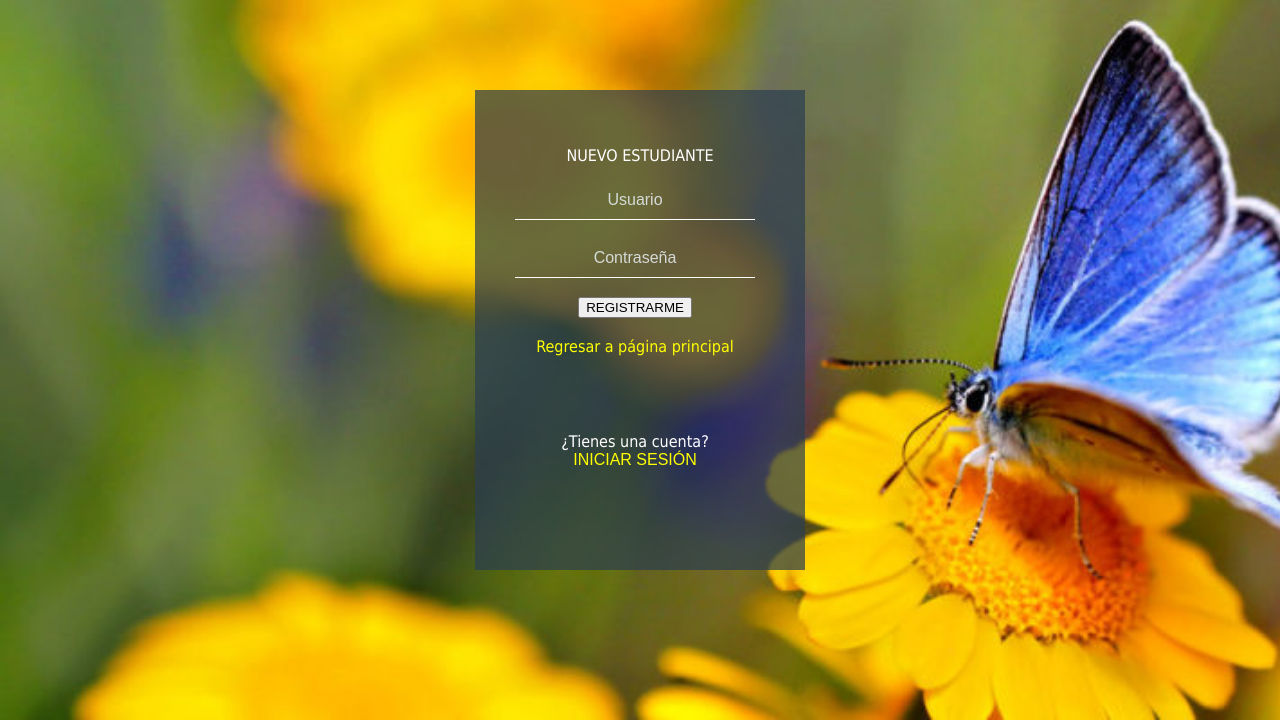
Repository: roberthcobena/Php
Page: http://localhost/registro.php
These files come from the project's save history. The page is drawn as it stood at one moment and after the next save; the edit follows.
The browser window is 1280 px wide. The pictures show the whole page.
Some web fonts or font styles are not loaded; a fallback is used. The page is run by PHP 8.4 with error messages shown; the project is at /var/www/html/.

Above is the page before, as saved 2020-06-25 10:09:06.

### Educativa/registro.php
<?php
  require_once ("controladores/conexion/db.php");
  require_once ("controladores/classes/Login.php");
  $login = new Login();
  list($true,$user_perfil) = $login->isUserLoggedIn();
  if ($true == 1 && $user_perfil == 1) {
    header("location: app/admin.php");
  } else if ($true == 1 && $user_perfil == 2) {
   header("location: app/docente.php");
  } else if ($true == 1 && $user_perfil == 3) {
   header("location: app/aula/estudiante.php");
  } else{
?>
<html>
<head>
<meta http-equiv="Content-Type" content="text/html; charset=utf-8" />
<title>INGRESAR</title>
<link href="recursos/login/css/logn.css" rel="stylesheet" type="text/css" />
<link href="https://fonts.googleapis.com/css?family=Play" rel="stylesheet">
<link rel="icon" href="recursos/template/images/favicon.ico" type="image/x-icon">
</head>

<body>
   <div class="signin">
   <center>
      <p class="login-box-msg">NUEVO ESTUDIANTE</p>
   </center>
   <form method="post" accept-charset="utf-8" name="registro" autocomplete="off" role="form" >

      <input type="text" class="form-control" placeholder="Usuario" name="user_name" required></br></br>
      <input type="password" class="form-control" placeholder="Contraseña" name="user_password" required></br></br>
      <button type="submit" class="btn btn-primary btn-block" name="login" id="submit">REGISTRARME</button></br></br>
      <a href="index.php">Regresar a página principal</a></br></br></br></br></br>
      ¿Tienes una cuenta?<a href="login.php" style="font-family:'Play', sans-serif;"></br>INICIAR SESIÓN</a>
   </form>
</div>
</body>
</html>
<?php
  }

### Educativa/controladores/conexion/db.php
<?php
/*Datos de conexion a la base de datos*/
define('DB_HOST', 'localhost');//DB_HOST:  generalmente suele ser "127.0.0.1"
define('DB_USER', 'root');//Usuario de tu base de datos
define('DB_PASS', '');//Contraseña del usuario de la base de datos
define('DB_NAME', 'sisv2');//Nombre de la base de datos
?>

### Educativa/controladores/classes/Login.php
<?php
class Login
{
    /**
     * @var object The database connection
     */
    private $db_connection = null;
    /**
     * @var array Collection of error messages
     */
    public $errors = array();
    /**
     * @var array Collection of success / neutral messages
     */
    public $messages = array();
    public function __construct()
    {
        session_start();
        if (isset($_GET["logout"])) {
            $this->doLogout();
        }
        elseif (isset($_POST["login"])) {
            $this->dologinWithPostData();
        }
    }

    private function dologinWithPostData()
    {
        if (empty($_POST['user_name'])) {
            $this->errors[] = "Campo de usuario esta vacío.";
        } elseif (empty($_POST['user_password'])) {
            $this->errors[] = "Campo de contraseña esta vacío.";
        } elseif (!empty($_POST['user_name']) && !empty($_POST['user_password'])) {
            $this->db_connection = new mysqli(DB_HOST, DB_USER, DB_PASS, DB_NAME);

            if (!$this->db_connection->set_charset("utf8")) {
                $this->errors[] = $this->db_connection->error;
            }
            if (!$this->db_connection->connect_errno) {
                $user_name = $this->db_connection->real_escape_string($_POST['user_name']);
                $user_pass = $this->db_connection->real_escape_string($_POST['user_password']);
                $sql = "SELECT u.id_usuario, u.u_tipo, u.u_usuario, u.u_contra
                        FROM usuario u, tipo_usuario t
                        WHERE u.u_tipo=t.id_tipo_usuario AND u.u_usuario = '" . $user_name . "' AND u.u_contra = '" . $user_pass . "';";
                $result_of_login_check = $this->db_connection->query($sql);
                if ($result_of_login_check->num_rows == 1) {
                    $result_row = $result_of_login_check->fetch_object();
                        $_SESSION['id_usuario'] = $result_row->id_usuario;
                        $_SESSION['u_usuario'] = $result_row->u_usuario;
                        if ($result_row->u_tipo == 1) {
                            $_SESSION['u_tipo'] = 1;
                        }elseif ($result_row->u_tipo == 2) {
                            $_SESSION['u_tipo'] = 2;
                        }elseif ($result_row->u_tipo == 3) {
                            $_SESSION['u_tipo'] = 3;
                        }
                        $_SESSION['user_login_status'] = 1;

                    } else {
                        $this->errors[] = "Usuario y/o contraseña no coinciden.";
                    }
                } else {
                    $this->errors[] = "Usuario y/o contraseña no coinciden.";
                }
            } else {
                $this->errors[] = "Problema de conexión de base de datos.";
            }
        }

    public function doLogout()
    {
        $_SESSION = array();
        session_destroy();
        $this->messages[] = "Has sido desconectado.";
    }

    /**
     * simply return the current state of the user's login
     * @return boolean user's login status
     */
    public function isUserLoggedIn()
    {
        if (isset($_SESSION['user_login_status']) AND $_SESSION['user_login_status'] == 1 AND $_SESSION['u_tipo'] == 1) {
            $user_perfil = 1;
            $true = 1;
            return array($true, $user_perfil);

        } elseif (isset($_SESSION['user_login_status']) AND $_SESSION['user_login_status'] == 1 AND $_SESSION['u_tipo'] == 2) {
            $user_perfil = 2;
            $true = 1;
            return array($true, $user_perfil);
        } elseif (isset($_SESSION['user_login_status']) AND $_SESSION['user_login_status'] == 1 AND $_SESSION['u_tipo'] == 3) {
            $user_perfil = 3;
            $true = 1;
            return array($true, $user_perfil);
        } else{
            return false;
        }
    }
}

### Educativa/recursos/login/css/logn.css
body
{
    font-family: Tahoma, Geneva, sans-serif;
    color: #fff;
    background: url(../img/ingresar.jpg);
    background-size: cover;
}
.signin
{
    background: rgba(44,62,80,0.7);
    padding: 40px;
    width: 250px;
    margin: auto;
    margin-top: 90px;
    height: 400px;
    margin-left: 180x;

}
form
{
    width: 240px;
    text-align: center;
}
input
{
    width: 240px;
    text-align: center;
    background: transparent;
    border: none;
    border-bottom: 1px solid #fff;
    font-family: 'Play', sans-serif;
    font-size: 16px;
    font-weight: 200px;
    padding: 10px 0;
    transition: border 0.5s;
    outline: none;
    color: #fff;
}
input[type=submit]
{
    border: none;
    width: 190px;
    background: white;
    color: #000;
    font-size: 16px;
    line-height: 25px;
    padding: 10px 0;
    border-radius: 15px;
    cursor: pointer;
}
input[type=submit]:hover
{
    color: #fff;
    background-color: black;
}
h2
{
    color: white;

}
a
{
    color: yellow;
    text-decoration: blink;
}
a:hover
{
    color: skyblue;
}
.container
{
    display: flex;
    flex-direction: row;
    width: 100%;
}
::placeholder {
    color:aliceblue;
    opacity: 0.8; /* Firefox */
}

After the next save:
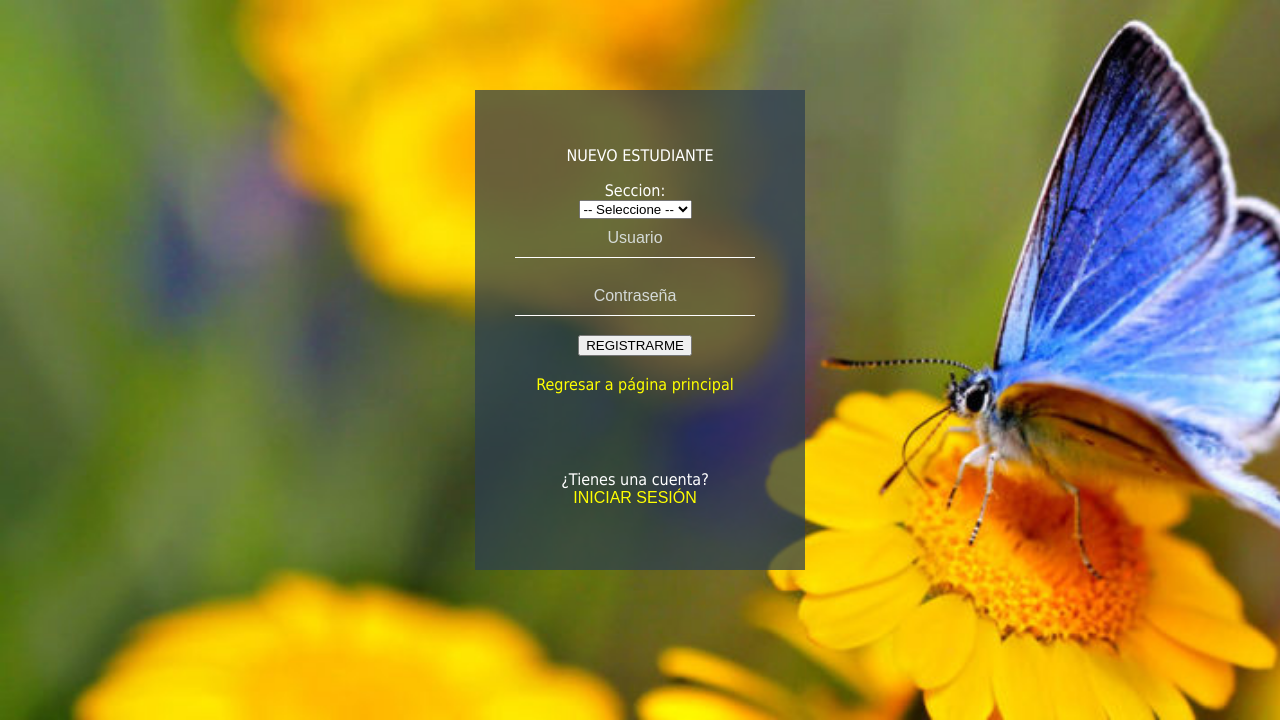
Saved 36 s later.
--- a/Educativa/registro.php
+++ b/Educativa/registro.php
@@ -26,6 +26,17 @@
       <p class="login-box-msg">NUEVO ESTUDIANTE</p>
    </center>
    <form method="post" accept-charset="utf-8" name="registro" autocomplete="off" role="form" >
+   		<div class="form-group row">
+			<label for="seccion" class="col-sm-3 text-right control-label col-form-label">Seccion: </label>
+			<div class="col-sm-9">
+				<select class="form-control" id="seccion" name="seccion"  required>
+					<option value="">-- Seleccione --</option>
+					<option value=A>A</option>
+					<option value=B>B</option>
+					<option value=C>C</option>
+				</select>
+			</div>
+		</div>
 
       <input type="text" class="form-control" placeholder="Usuario" name="user_name" required></br></br>
       <input type="password" class="form-control" placeholder="Contraseña" name="user_password" required></br></br>

After the save that followed:
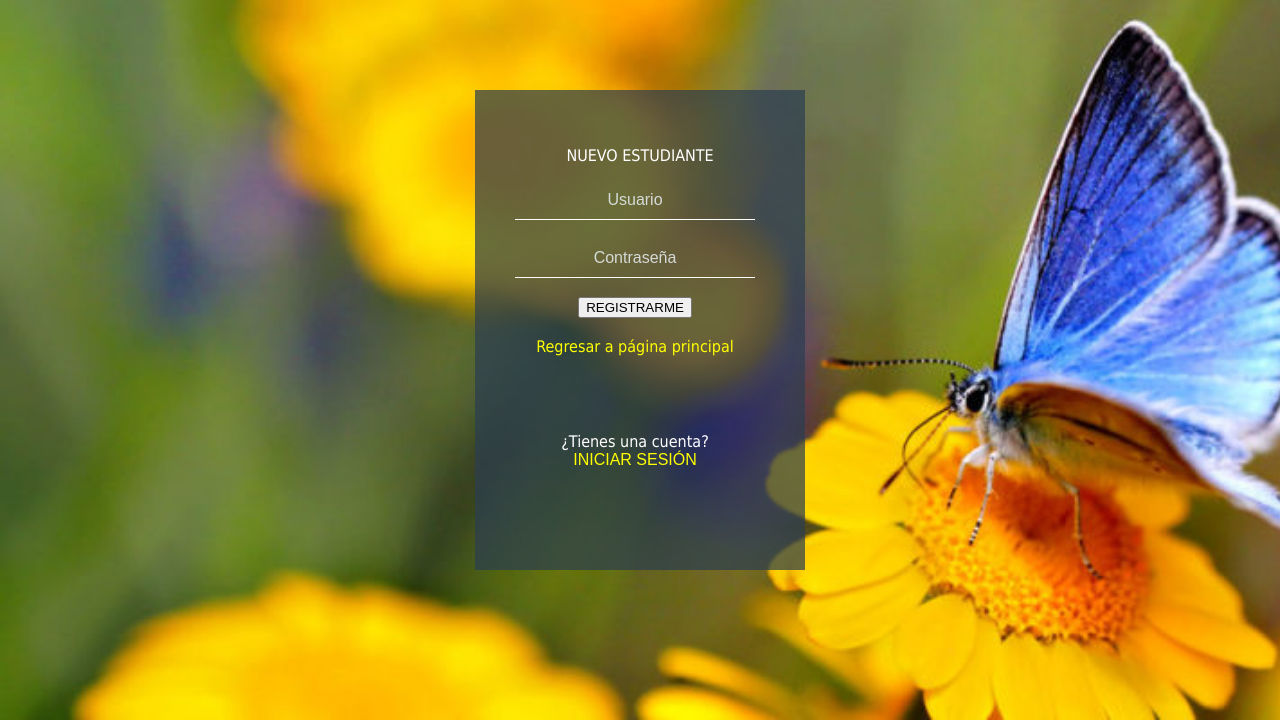
Saved 3 min 5 s later.
--- a/Educativa/registro.php
+++ b/Educativa/registro.php
@@ -26,18 +26,6 @@
       <p class="login-box-msg">NUEVO ESTUDIANTE</p>
    </center>
    <form method="post" accept-charset="utf-8" name="registro" autocomplete="off" role="form" >
-   		<div class="form-group row">
-			<label for="seccion" class="col-sm-3 text-right control-label col-form-label">Seccion: </label>
-			<div class="col-sm-9">
-				<select class="form-control" id="seccion" name="seccion"  required>
-					<option value="">-- Seleccione --</option>
-					<option value=A>A</option>
-					<option value=B>B</option>
-					<option value=C>C</option>
-				</select>
-			</div>
-		</div>
-
       <input type="text" class="form-control" placeholder="Usuario" name="user_name" required></br></br>
       <input type="password" class="form-control" placeholder="Contraseña" name="user_password" required></br></br>
       <button type="submit" class="btn btn-primary btn-block" name="login" id="submit">REGISTRARME</button></br></br>
